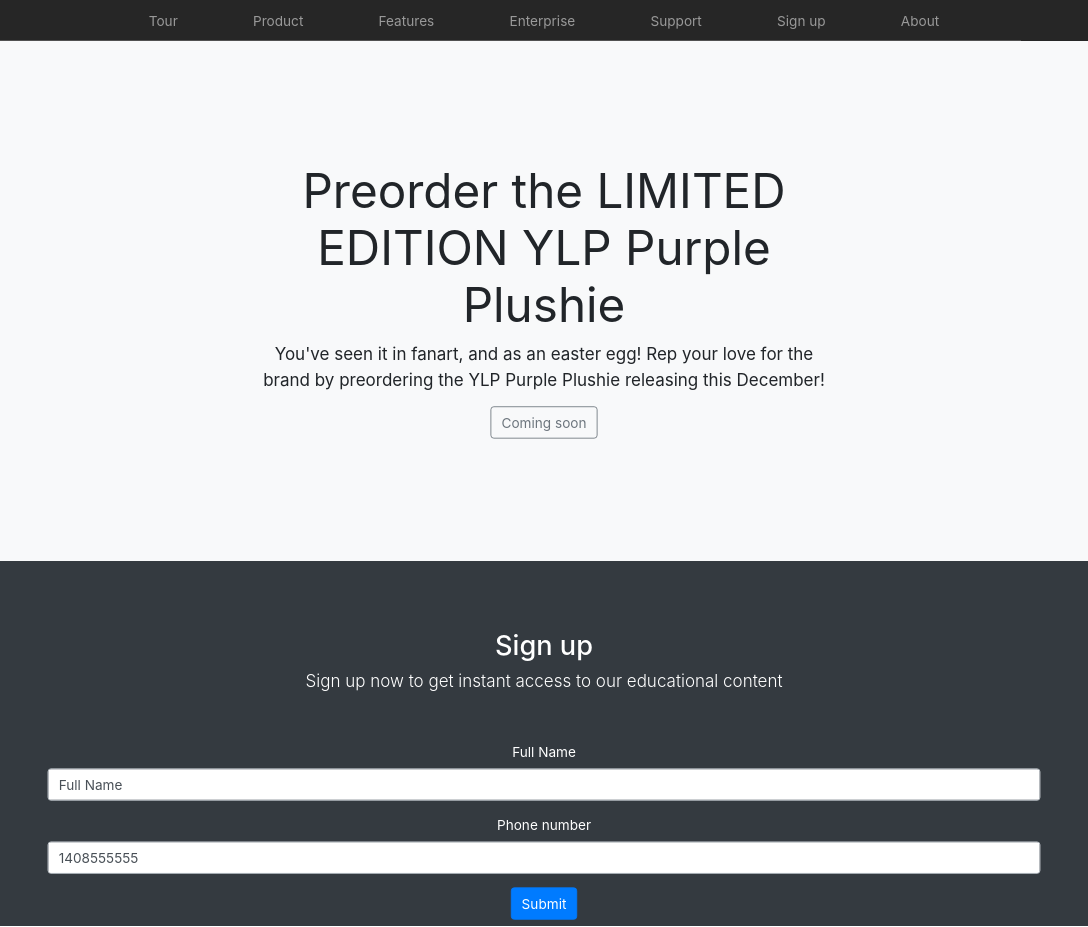
Repository: lesleygalvan1/lesleygalvan-website
Page: LearnCS8-Twilio/index.html
The author's editor kept a record of every edit. The page is drawn from the files as they stood at one moment, then again after the next edit.
The browser window is 1280 px wide. The pictures show the whole page, at 85% of full size.

Above is the page before.

After the next edit:
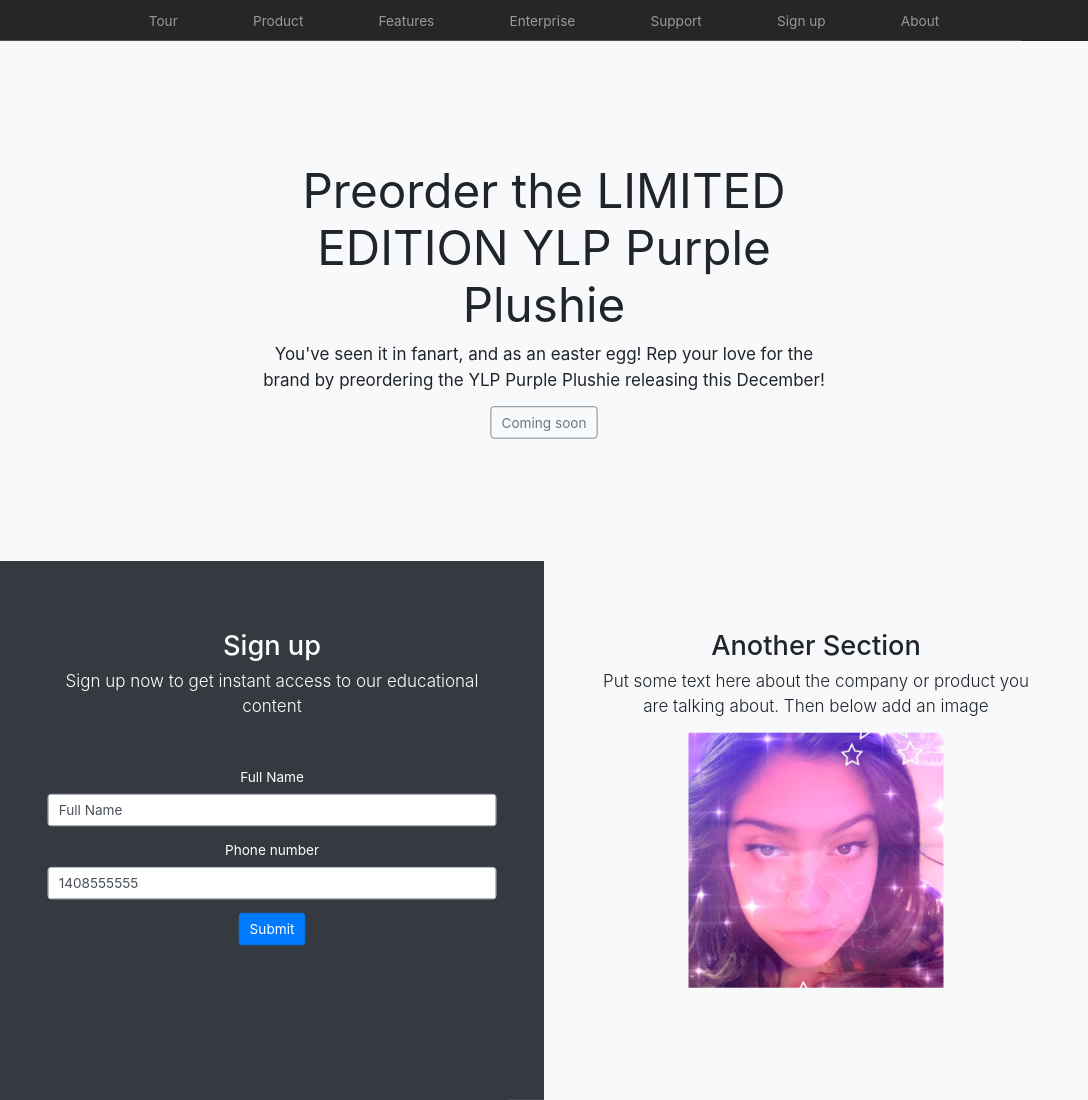
The edit:
--- a/LearnCS8-Twilio/index.html
+++ b/LearnCS8-Twilio/index.html
@@ -74,6 +74,15 @@
             <button type="submit" class="btn btn-primary">Submit</button>
         </form>
     </div>
-
+<!-- Right Tile -->
+    <div class="bg-light pt-3 px-3 pt-md-5 px-md-5 text-center overflow-hidden">
+        <div class="my-3 p-3">
+            <h2 class="display-5">Another Section</h2>
+            <p class="lead">Put some text here about the company or product you are talking about. Then below add an image</p>
+            <img class="mx-auto" src="lab2_image_png.png" height="300px">
+        </div>
+        <div class="mx-auto" style="width: 80%; height: 100px; border-radius: 21px 21px 0 0;"></div>
+    </div>
+</div>
   </body>
 </html>
